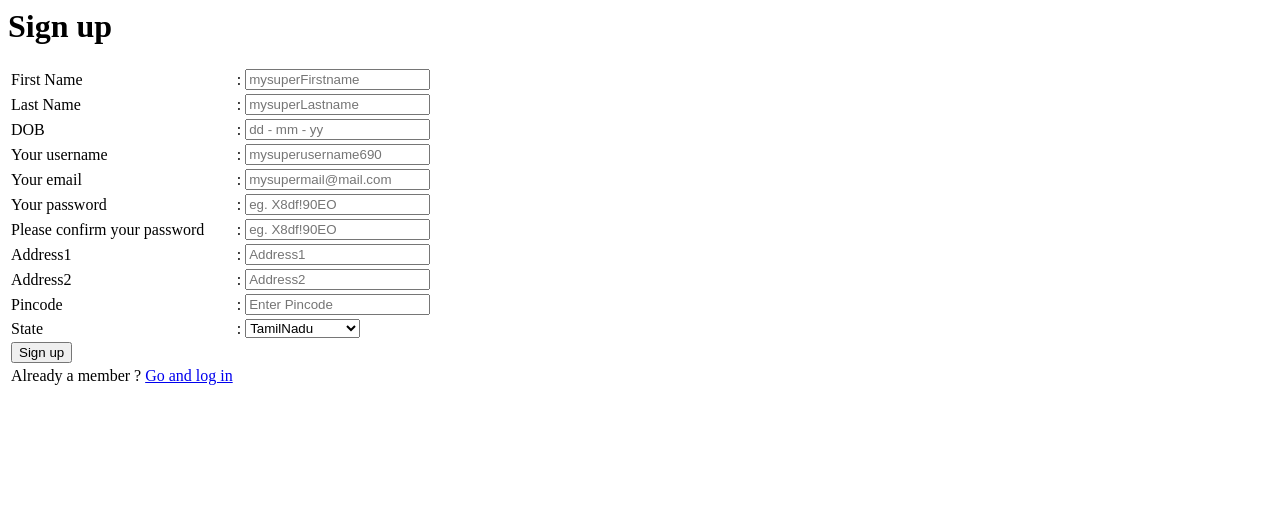
Repository: ravisudharsan/StarKart
Page: http://localhost/StarkartFrontend/WEB-INF/views/register.jsp
An editor plug-in stored every save of this project. The page is shown before and after the next save, followed by the edit.
The browser window is 1280 px wide. The pictures show the whole page.
The page is served by Tomcat 9. Nobody is signed in. The template is opened directly, without the code that normally fills it, so the values that code supplies are empty.

Above is the page before, as saved 2016-10-26 05:04:10.

After the next save:
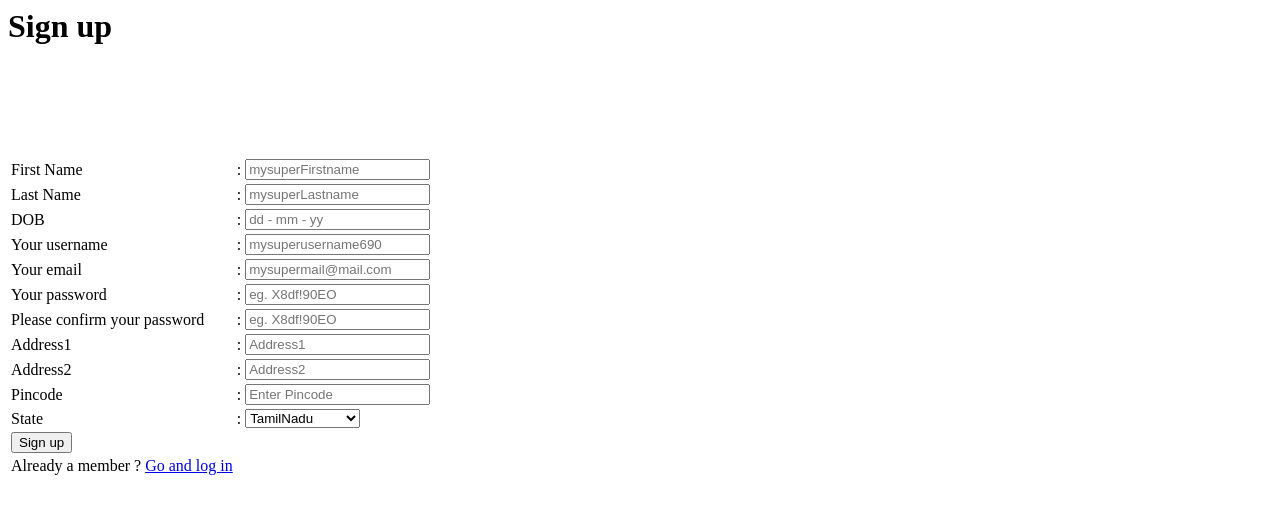
Saved 81 s later.
--- a/StarkartFrontend/src/main/webapp/WEB-INF/views/register.jsp
+++ b/StarkartFrontend/src/main/webapp/WEB-INF/views/register.jsp
@@ -78,6 +78,7 @@
 				<option value="Karnataka">Karnataka</option>
 				<option value="AndhraPradesh">AndhraPradesh</option></td>
 				</tr>
+				<br><br><br><br><br>
 <tr>
 				<td><p class="signin button">
 					<input type="submit" value="Sign up"/>
